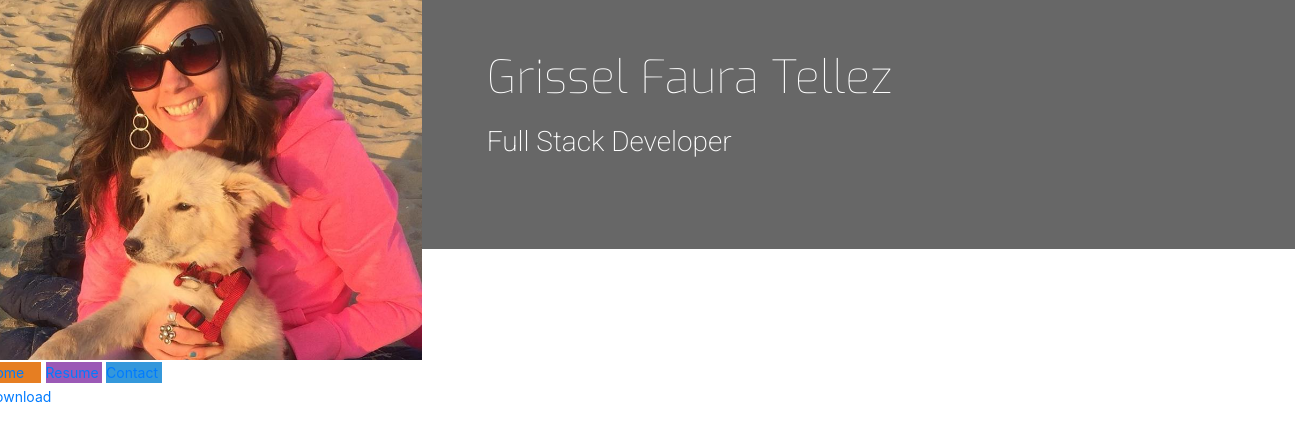
Repository: grisselfaura/Resume-Project-Introduction
Page: index.html
The author's editor kept a record of every edit. The page is drawn from the files as they stood at one moment, then again after the next edit.
The browser window is 1280 px wide. The page is 1295 px wide, so the pictures cover 1295 px, including what lies to the right of the window. The pictures show the whole page.

Above is the page before.

After the next edit:
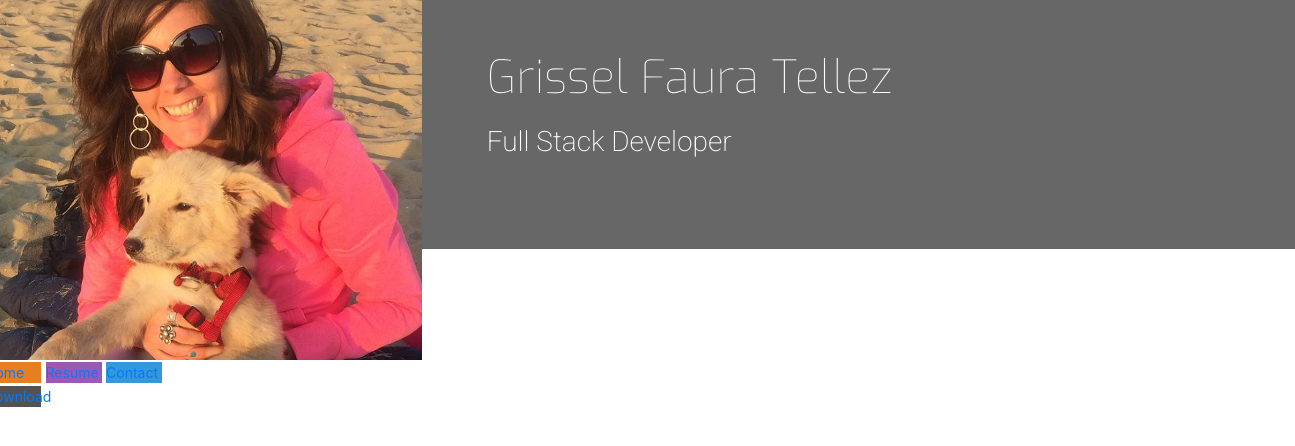
The edit:
--- a/index.html
+++ b/index.html
@@ -22,23 +22,23 @@
                </div>
            </div>
            <div class="row">
-               <div class="col">
-                   <ul id="nav" class="list-inline">
-                        <li class="col-6 col-sm-3 ui-menu-color-home list-inline-item">
-                        <a href="#"><span>Home</span></a>
-                        </li>
-                        <li class="col-6 col-sm-3 ui-menu-color-resume list-inline-item">
-                        <a href="#"><span>Resume</span></a>
-                        </li>
-                        <li class="col-6 col-sm-3 ui-menu-color-contact list-inline-item">
-                        <a href="#"><span>Contact</span></a>
-                        </li>
-                        <li class="col-6 col-sm-3 list-inline-item">
-                        <a href="#"><span>Download</span></a>
-                        </li>
-                    </ul>
+                   <div class="col">
+                       <ul id="nav" class="list-inline">
+                            <li class="col-6 col-sm-3 ui-menu-color-home list-inline-item">
+                            <a href="#"><span>Home</span></a>
+                            </li>
+                            <li class="col-6 col-sm-3 ui-menu-color-resume list-inline-item">
+                            <a href="#"><span>Resume</span></a>
+                            </li>
+                            <li class="col-6 col-sm-3 ui-menu-color-contact list-inline-item">
+                            <a href="#"><span>Contact</span></a>
+                            </li>
+                            <li class="col-6 col-sm-3 ui-menu-color-download list-inline-item">
+                            <a href="#"><span>Download</span></a>
+                            </li>
+                        </ul>
+                   </div>
                </div>
-           </div>
        </div>
     </header>
     <section>
